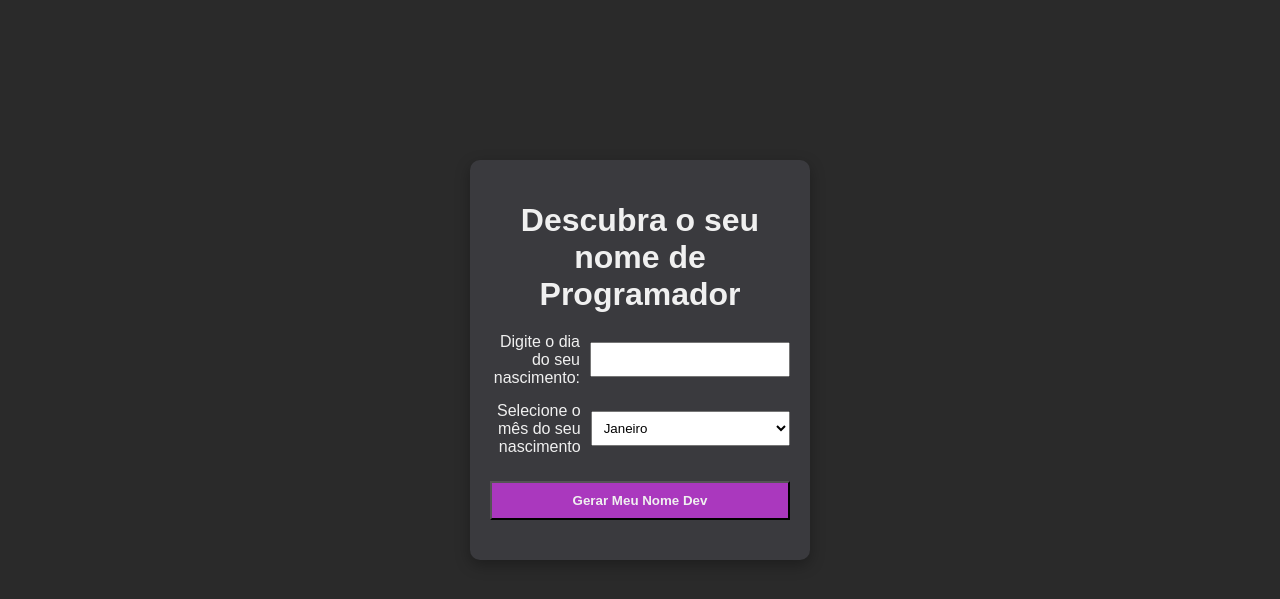
Repository: analessp/seu-nome-dev
Page: index.html
These files come from the project's save history. The page is drawn as it stood at one moment and after a run of saves; the edit follows.
The browser window is 1280 px wide. The pictures show the whole page.

Above is the page before, as saved 2025-05-13 11:33:56.

### index.html
<!DOCTYPE html>
<html lang="pt-BR">
<head>
    <meta charset="UTF-8">
    <meta name="viewport" content="width=device-width, initial-scale=1.0">
    <title>Seu Nome Dev</title>
    <link rel="stylesheet" href="styles.css">
</head>
<body>
    <div class="container">
        <h1>Descubra o seu nome de Programador</h1>
        <div class="form-group">
            <label for="dia">Digite o dia do seu nascimento:</label>
            <input type="number" id="dia" min="1" max="31">
        </div>
        <div class="form-group">
            <label for="mes">Selecione o mês do seu nascimento</label>
            <select id="mes">
                <option value="1">Janeiro</option>
                <option value="2">Fevereiro</option>
                <option value="3">Março</option>
                <option value="4">Abril</option>
                <option value="5">Maio</option>
                <option value="6">Junho</option>
                <option value="7">Julho</option>
                <option value="8">Agosto</option>
                <option value="9">Setembro</option>
                <option value="10">Outubro</option>
                <option value="11">Novembro</option>
                <option value="12">Dezembro</option>
            </select>
        </div>
        <button onclick="gerarNomeDev()">Gerar Meu Nome Dev</button>
        <div class="resultado" id="resultado"></div>
    </div>
    <script src="app.js"></script>
</body>
</html>

### styles.css
body {
    background-color: #2a2a2a;
    color: #f0f0f0;
    font-family: "Nunito", sans-serif;
    display: flex;
    justify-content: center;
    align-items: center;
    height: 100vh;
    margin: 0;
}

.container {
    background-color: #3a3a3e;
    padding: 20px;
    border-radius: 10px;
    box-shadow: 0px 5px 15px rgba(0, 0, 0, 0.3);
    width: 300px;
}

h1 {
    text-align: center;
    margin-bottom: 20px;
}

.form-group {
    display: flex;
    align-items: center;
    justify-content: space-between;
    margin-bottom: 15px;
}

.form-group label {
    flex: 1;
    margin-right: 10px;
    text-align: right;
}

.form-group input,
.form-group select {
    flex: 2;
    padding: 8px;
    border-radius: 5px
    border: none;
    outline: none;
}

button {
    cursor: pointer;
    width: 100%;
    padding: 10px;
    margin-top: 10px;
    background-color: #aa38be;
    color: #f0f0f0;
    font-weight: bold;

    transition: background-color 0.3s;
}

button:hover {
    background-color: #e27cd3;
}

.resultado {
    margin-top: 20px;
    font-size: 1.2rem;
    font-weight: bold;
    color: #8b14c7;
}

### app.js
function gerarNomeDev() {
    const dia = parseInt(document.getElementById("dia").value);
    const mes = parseInt(document.getElementById("mes").value);
    const resultado = document.getElementById("resultado");

    if (isNaN(dia) || dia < 1 || dia > 31) {
        resultado.textContent = "Insira um dia válido.";
        return;
    }

    const títulos = {
    1: "Desenvolvedor(a)",
    2: "Desenvolvedor(a)",
    3: "Programador(a)",
    4: "Programador(a)",
    5: "Programador(a)",
    6: "Estagiário(a)",
    7: "Estagiário(a)",
    8: "EEstagiário(a)",
    9: "Sênior",
    0: "Sênior",
};

const meses = {
    1: "bugado(a)",
    2: "do CTRL C, CTRL V",
    3: "das gambiarras",
    4: "que culpa o cache",
    5: "que esquece o que faz",
    6: "do git vazio",
    7: "das try/ catch vazia",
    8: "famosinho do LinkedIn",
    9: "caçador de bugs",
    10: "do Windows Pirata",
    11: "do update sem where",
    12: "do commit bugado",
};

const ultimoDigito = dia % 10;
const titulo = títulos[ultimoDigito];
const mesTexto = meses[mes];

resultado.textContent = `${titulo} ${mesTexto}`;

}

After the next 2 saves:
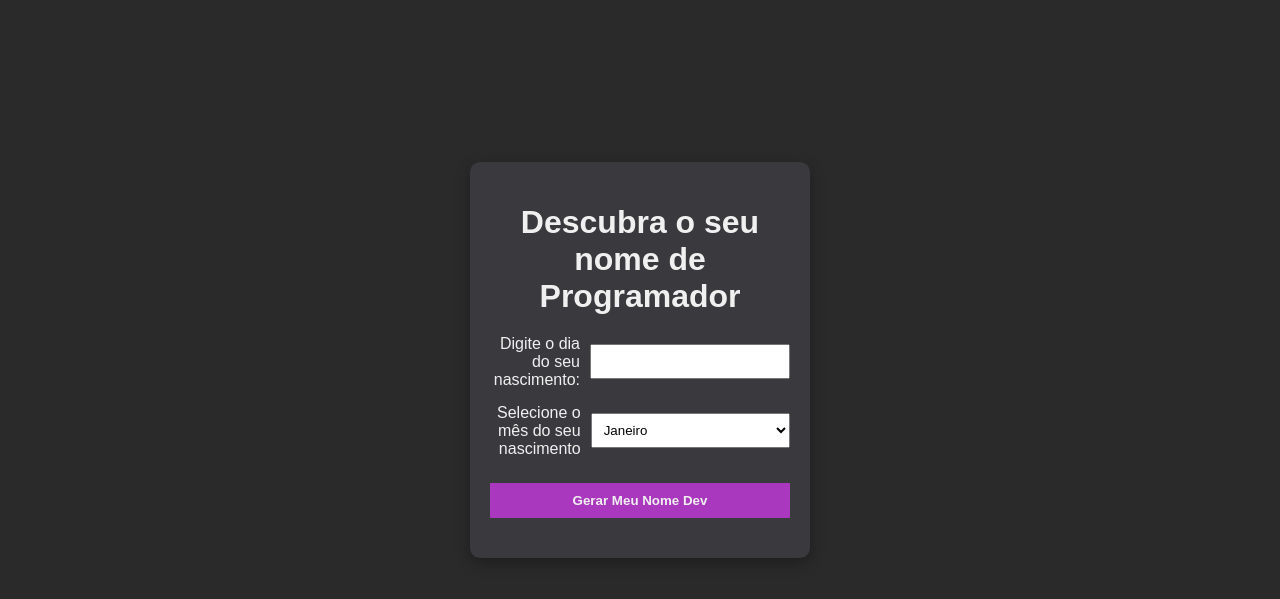
The 2 saves are shown as one change because they came seconds apart.
The last was saved 7 s later.
--- a/styles.css
+++ b/styles.css
@@ -52,7 +52,8 @@ button {
     background-color: #aa38be;
     color: #f0f0f0;
     font-weight: bold;
-
+    border: none;
+    bor
     transition: background-color 0.3s;
 }
 
